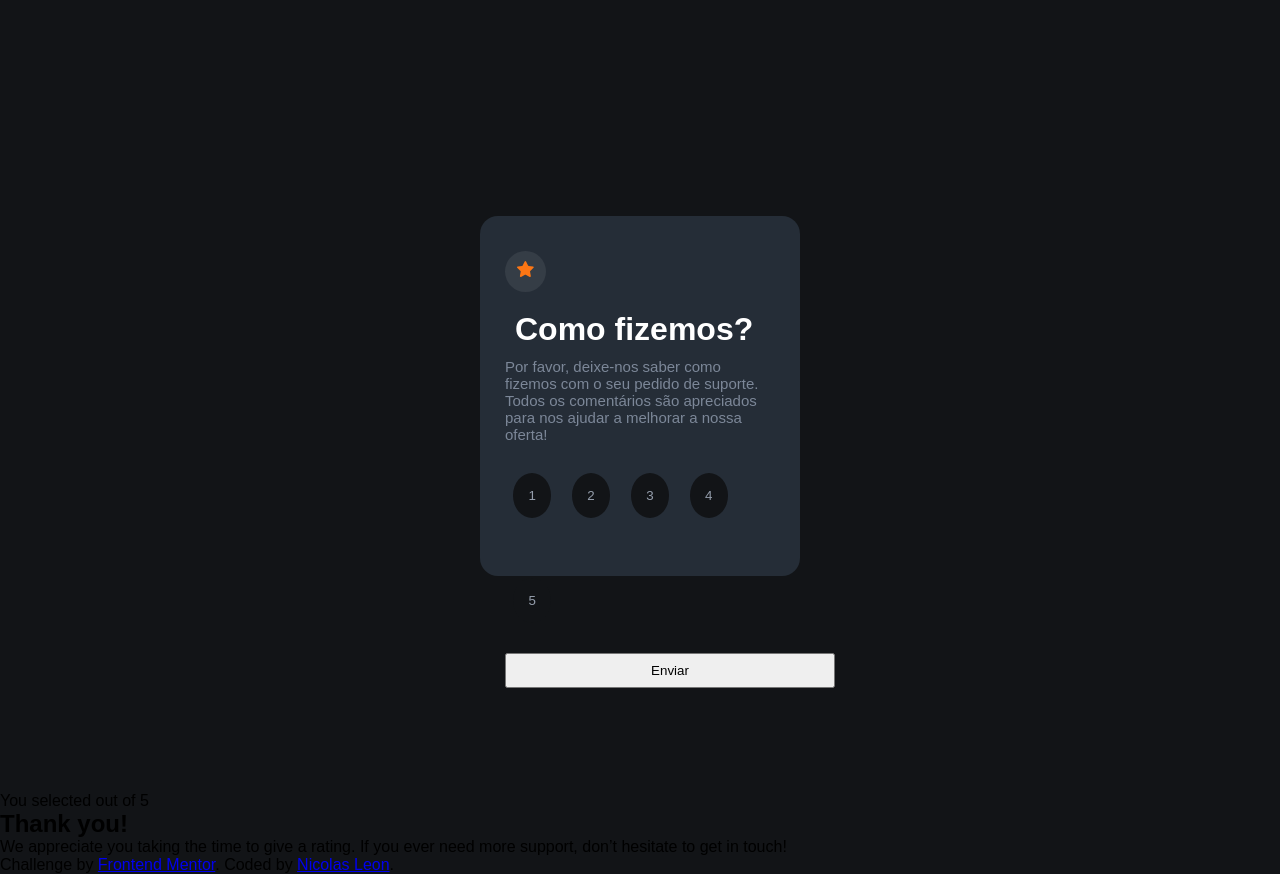
Repository: Leonngc/projeto-avaliacao
Page: index.html
An editor plug-in stored every save of this project. The page is shown before and after the next save, followed by the edit.
The browser window is 1280 px wide. The pictures show the whole page.

Above is the page before, as saved 2023-01-26 11:49:57.

### index.html
<!DOCTYPE html>
<html lang="en">
<head>
  <meta charset="UTF-8">
  <meta name="viewport" content="width=device-width, initial-scale=1.0"> <!-- displays site properly based on user's device -->

  <link rel="icon" type="image/png" sizes="32x32" href="./images/favicon-32x32.png">

  <title>Frontend Mentor | Interactive rating component</title>

  <link rel="stylesheet" href="styles/style.css">
</head>
<body>

  <!-- Rating state start -->
<form id="avaliation-form">

  <span id="icon-star">
    <img src="images/icon-star.svg" alt="">
  </span>

    <h1>Como fizemos?</h1>

    <p>
      Por favor, deixe-nos saber como fizemos com o seu pedido de suporte. Todos os comentários são apreciados
      para nos ajudar a melhorar a nossa oferta!
    </p>

    <div id="avaliation-btns">
      <input type="button" value="1" class="avaliation">
      <input type="button" value="2" class="avaliation">
      <input type="button" value="3"  class="avaliation">
      <input type="button" value="4"  class="avaliation">
      <input type="button" value="5"  class="avaliation">
    </div>

    <input type="submit" onclick="sent()" value="Enviar" id="submit"></input>
</form>

  <!-- Rating state end -->

  <!-- Thank you state start -->

  <section id="result-avaliation">
    <p id="avaliacao-user">You selected <!-- Add rating here --> out of 5</p>
    <h1>Thank you!</h1>
    <p>
      We appreciate you taking the time to give a rating. If you ever need more support,
      don’t hesitate to get in touch!
    </p>
  </section>

  <!-- Thank you state end -->


  <div class="attribution">
    Challenge by <a href="https://www.frontendmentor.io?ref=challenge" target="_blank">Frontend Mentor</a>.
    Coded by <a href="#">Nicolas Leon</a>.
  </div>
</body>
</html>

### styles/style.css

:root{
    --very-dark-blue:hsl(216, 12%, 8%);
    --dark-blue:hsl(213, 19%, 18%);
    --medium-grey: hsl(216, 12%, 54%);
    --light-grey:hsl(217, 12%, 63%);
}

*{
    margin: 0;
    padding: 0;
    box-sizing: border-box;
}

body{
    background-color:var(--very-dark-blue);
    font-family: Arial, Helvetica, sans-serif
}
span{
    background-color: rgba(255, 255, 255, 0.074);
    padding: 12px;
    border-radius: 50%;
    text-align: center;
}

span > img{
    margin-top: 20px;
}

#avaliation-form{
    background-color:var(--dark-blue);
    width: 25vw;
    height: 50vh;
    padding: 25px;
    margin: 30vh auto;
    color: white;
    border-radius: 18px;
}

#avaliation-form > h1{
    padding: 10px;
    margin-top: 20px;
}

#avaliation-form > p{
    color:var(--medium-grey);
    font-size: 15px;
}

.avaliation{
    margin: 30px 8px;
    border-radius: 66%;
    padding: 15px;
    border: none;
    background-color: var(--very-dark-blue);
    color: var(--light-grey);
    width: 3vw;
    cursor: pointer;
}

#avaliation-btns input:hover{
    background-color: hsl(25, 97%, 53%);
    color:white;
}
#avaliation-btns input:active{
    background-color: var(--light-grey);
}

#submit{
    width: 330px;
    margin: auto;
    margin-bottom: 30px;
    padding: 8px;
}

After the next save:
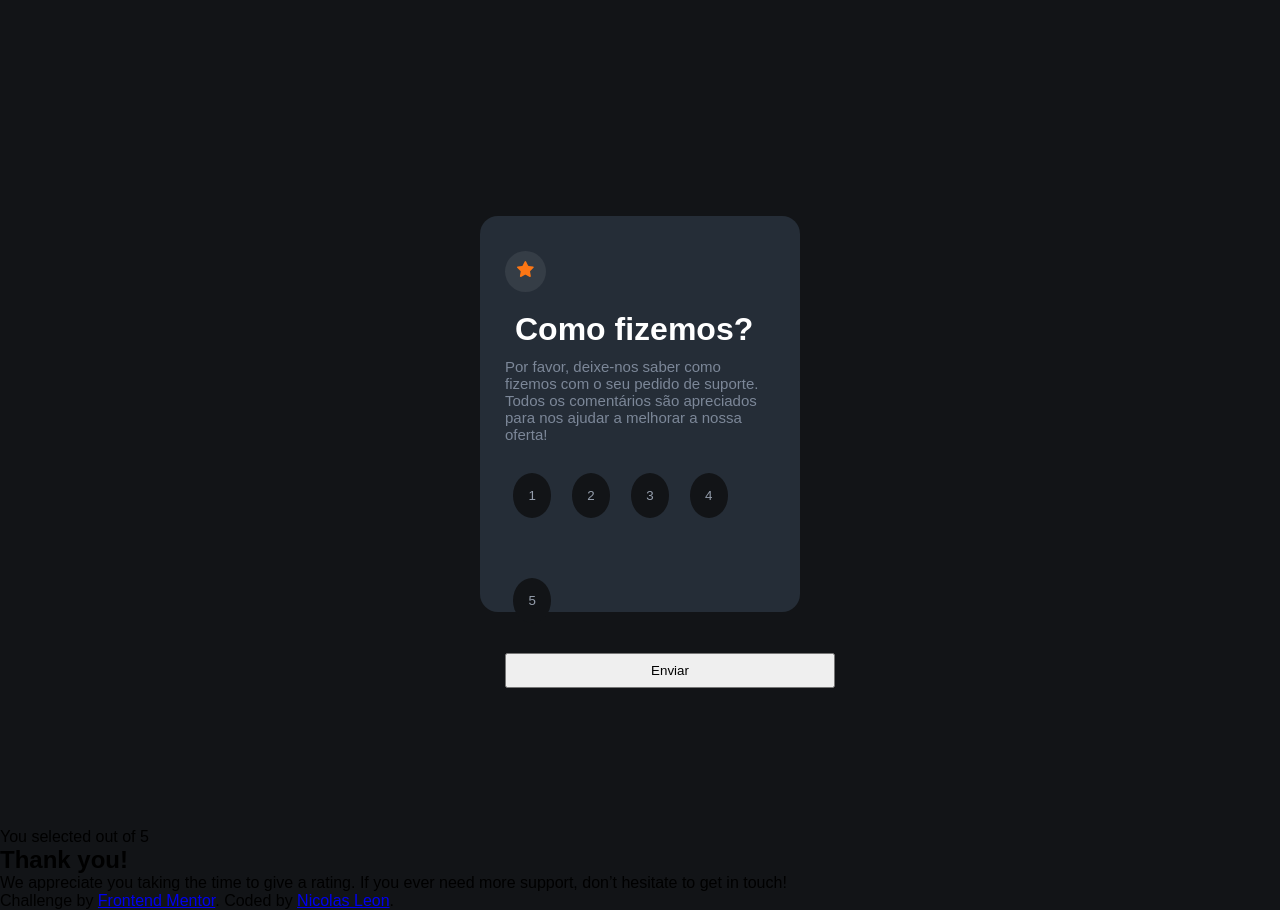
Saved 14 s later.
--- a/styles/style.css
+++ b/styles/style.css
@@ -30,7 +30,7 @@ span > img{
 #avaliation-form{
     background-color:var(--dark-blue);
     width: 25vw;
-    height: 50vh;
+    height: 55vh;
     padding: 25px;
     margin: 30vh auto;
     color: white;
